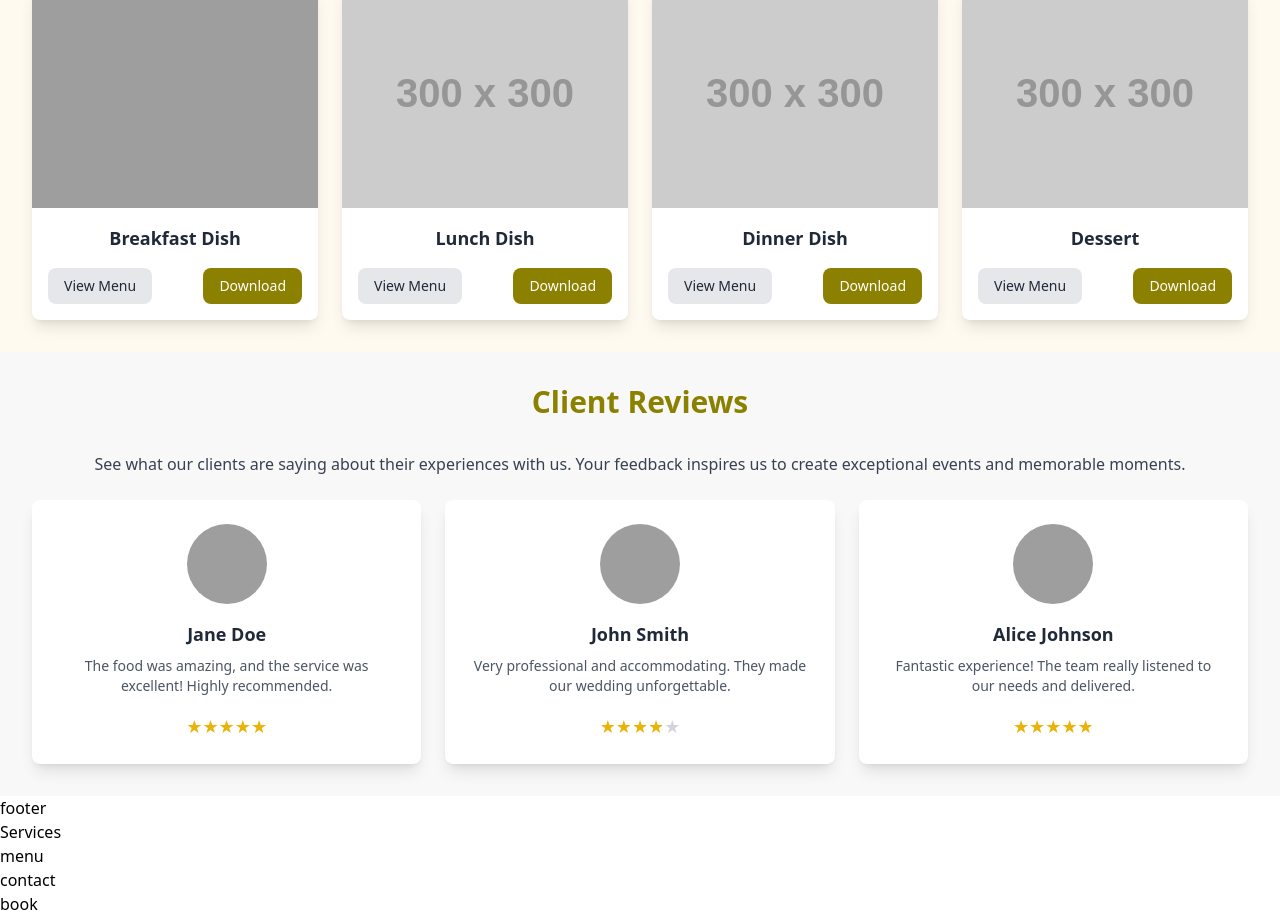
Repository: makanda596/compactchef
Page: /menu
These files come from the project's save history. The page is drawn as it stood at one moment and after the next save; the edit follows.
The browser window is 1280 px wide. The pictures show the part of the page from y = 2788 to 3740 px (the page is 3704 px tall before and 3740 px after).
Pictures or frames that could not be fetched are drawn as grey boxes. The project was rebuilt for these pictures with package versions that can differ from the ones it lists, and the page was loaded fresh each time.

Above is the page before, as saved 2025-01-08 08:34:06.

After the next save:
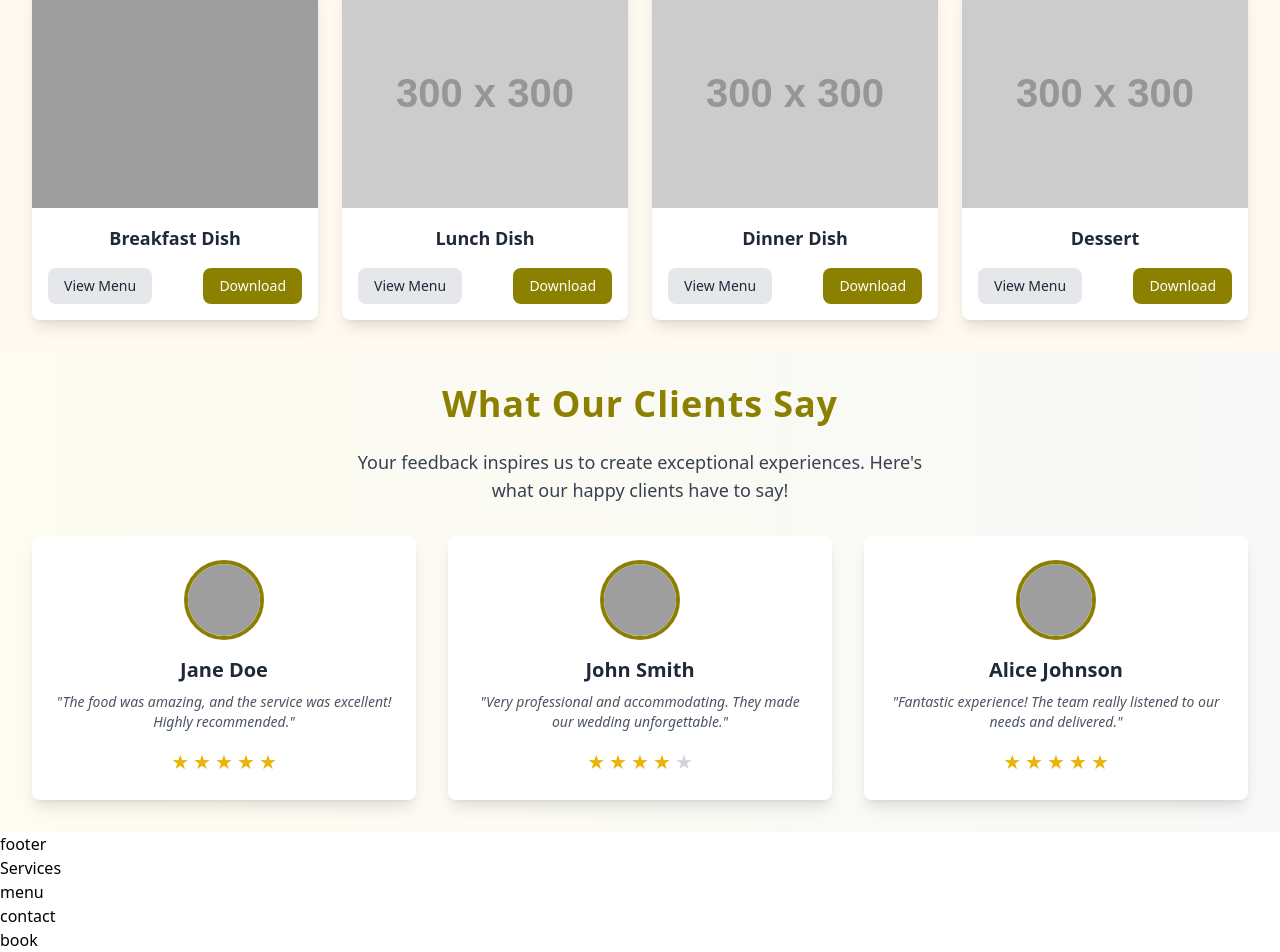
Saved 3 min 6 s later.
--- a/src/components/Reviews.jsx
+++ b/src/components/Reviews.jsx
@@ -22,40 +22,40 @@ const Reviews = () => {
         },
     ];
 
-
-
     return (
-        <section className="p-8 bg-[#f8f8f8]">
-            <h2 className="text-3xl font-bold text-[#8b8000] text-center mb-8">Client Reviews</h2>
-            <p className="text-center mb-6 text-gray-700">
-                See what our clients are saying about their experiences with us. Your feedback inspires us to create exceptional events and memorable moments.
+        <section className="p-8 bg-gradient-to-r from-[#fdfcf0] to-[#f8f8f8]">
+            <h2 className="text-4xl font-extrabold text-[#8b8000] text-center mb-6 tracking-wide">
+                What Our Clients Say
+            </h2>
+            <p className="text-center mb-8 text-gray-700 text-lg max-w-xl mx-auto">
+                Your feedback inspires us to create exceptional experiences. Here's what our happy clients have to say!
             </p>
-            <div className="grid grid-cols-1 sm:grid-cols-2 md:grid-cols-3 gap-6">
+            <div className="grid grid-cols-1 sm:grid-cols-2 md:grid-cols-3 gap-8">
                 {reviews.map((review, index) => (
                     <div
                         key={index}
-                        className="bg-white rounded-lg shadow-lg p-6 flex flex-col items-center text-center"
+                        className="bg-white rounded-lg shadow-lg p-6 flex flex-col items-center text-center transform hover:scale-105 transition-transform duration-300"
                     >
                         {/* Client Avatar */}
                         <img
                             src={review.avatar}
                             alt={review.name}
-                            className="w-20 h-20 object-cover rounded-full mb-4"
+                            className="w-20 h-20 object-cover rounded-full mb-4 border-4 border-[#8b8000]"
                         />
 
                         {/* Client Name */}
-                        <h3 className="text-lg font-bold text-gray-800 mb-2">{review.name}</h3>
+                        <h3 className="text-xl font-semibold text-gray-800 mb-2">{review.name}</h3>
 
                         {/* Review Content */}
-                        <p className="text-sm text-gray-600 mb-4">{review.content}</p>
+                        <p className="text-sm text-gray-600 italic mb-4">"{review.content}"</p>
 
                         {/* Rating */}
-                        <div className="flex items-center justify-center">
+                        <div className="flex items-center justify-center gap-1">
                             {Array.from({ length: review.rating }).map((_, i) => (
-                                <span key={i} className="text-yellow-500 text-lg">&#9733;</span>
+                                <span key={i} className="text-yellow-500 text-xl">&#9733;</span> // Filled star
                             ))}
                             {Array.from({ length: 5 - review.rating }).map((_, i) => (
-                                <span key={i} className="text-gray-300 text-lg">&#9733;</span>
+                                <span key={i} className="text-gray-300 text-xl">&#9733;</span> // Empty star
                             ))}
                         </div>
                     </div>
